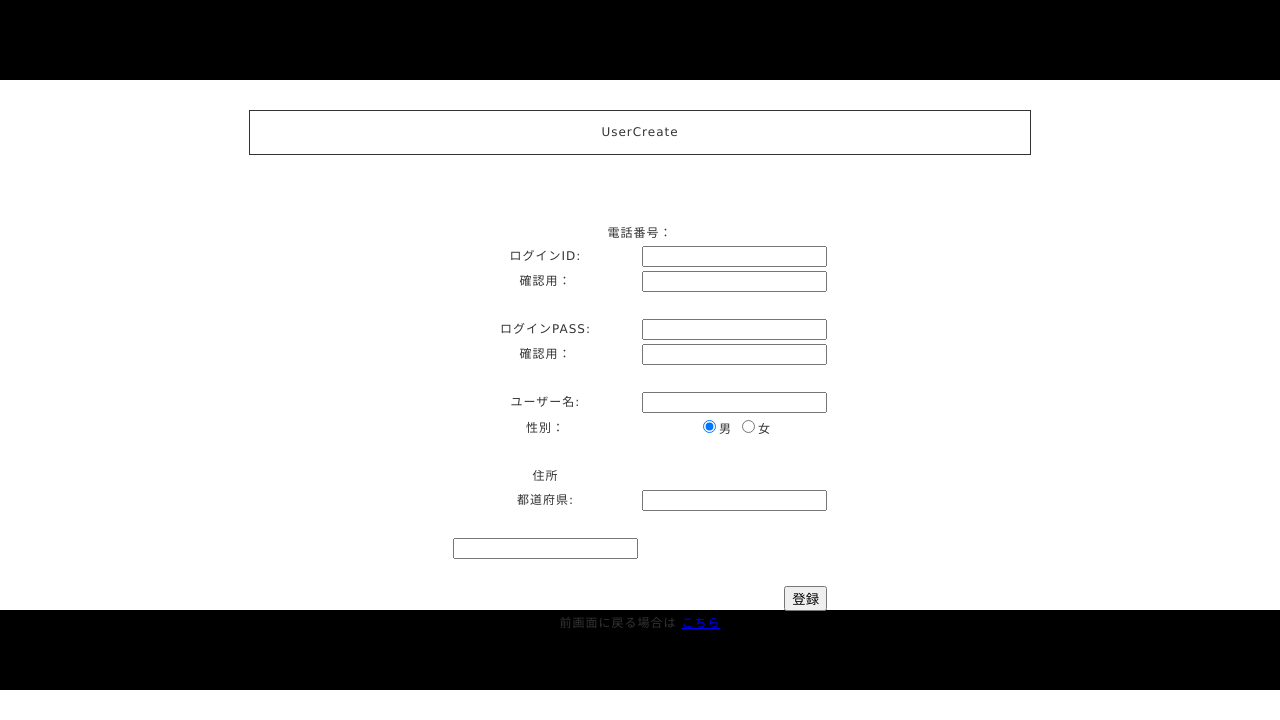
Repository: rt-1217/j2
Page: http://localhost/ecsite01/UserCreateAction.action
An editor plug-in stored every save of this project. The page is shown before and after the next save, followed by the edit.
The browser window is 1280 px wide. The pictures show the whole page.
The page is served by Tomcat 9. Other server files are loaded and not shown.

Above is the page before, as saved 2018-05-16 02:46:03.

### ecsite01/WebContent/userCreate.jsp
<%@ page language="java" contentType="text/html; charset=UTF-8"
    pageEncoding="UTF-8"%>
    <%@ taglib prefix="s" uri="/struts-tags" %>
<!DOCTYPE html PUBLIC "-//W3C//DTD HTML 4.01 Transitional//EN" "http://www.w3.org/TR/html4/loose.dtd">
<html>
<head>
<meta http-equiv="Content-Type" content="text/html; charset=UTF-8">
<meta http-equiv="Content-Type" content="text/html; charset=utf-8" />
<meta http-equiv="Content-Style-Type" content="text/css" />
<meta http-equiv="Content-Script-Type" content="text/javascript" />
<meta http-equiv="imagetoolbar" content="no" />
<meta name="description" content="" />
<meta name="keywords" content="" />
<title>UserCreate画面</title>
<style type="text/css">
/* ========TAG LAYOUT======== */
body {
margin:0;
padding:0;
line-height:1.6;
letter-spacing:1px;
font-family:Verdana, Helvetica, sans-serif;
font-size:12px;
color:#333;
background:#fff;
}
table {
text-align:center;
margin:0 auto;
}
/* ========ID LAYOUT======== */
#top {
width:780px;
margin:30px auto;
border:1px solid #333;
}
#header {
width: 100%;
height: 80px;
background-color: black;
}
#main {
width: 100%;
height: 500px;
text-align: center;
}
#footer {
width: 100%;
height: 80px;
background-color: black;
clear:both;
}
</style>
</head>

<body>
<div id="header">
<div id="pr">
</div></div>
<div id="main">
<div id="top">
<p>UserCreate</p>
</div>
<div>
<s:if test="errorMessage !=''">
<s:property value ="errorMessage" escape="false"/>
</s:if>
<table>
<s:form action ="UserCreateConfirmAction">
<tr>
<td>
<label>ログインID:</label>
</td>
<td>
<input type="text" name="loginUserId" value="" />
</td>
</tr>

<tr><td>
<label>確認用：</label>
</td>
<td>
<input type= "text" name="checkLoginId" value="" />
</td></tr>
<tr>
<td><br>
</td>
</tr>



<tr>
<td>
<label>ログインPASS:</label>
</td><td>
<input type="text" name="loginPassword" value=""/>
</td>
</tr>
<tr>
<td>

<label>確認用：</label>
</td>
<td>
<input type="text" name="checkPassword" value="" />
</td></tr>
<tr><td>
<br>
</td> </tr>
<tr><td>


<label>ユーザー名:</label>
</td>
<td>
<input type ="text" name="userName" value=""/>
</td>
</tr>

<tr><td>
<label>性別：</label>
</td>
<td>
<input type="radio" name="sex" value="男" checked="checked">男
<input type="radio" name="sex" value="女">女
</td>
</tr>
<tr><td>
<br>

</td></tr>
<tr><td>
<label>住所</label>
</td></tr>
<tr><td>
<label>都道府県:</label>
</td>
<td>
<input type="text" name="userAddress" value=""/>
</td></tr>
<tr><td>
<br>
</tr> </br>
<tr><br>
<label>電話番号：</label>
</td>
<td>
<input type="text" name="tell" value="" />
</td></tr>
<tr><td>
<br>
</td></tr>
<s:submit value="登録"/>
</s:form>



</table>

<div>
<span>前画面に戻る場合は</span>
<a href='<s:url action="HomeAction"/>'>こちら</a>


</div>

</div>




</div>
<div id="footer">
<div id="pr">
</div></div>

</body>
</html>

After the next save:
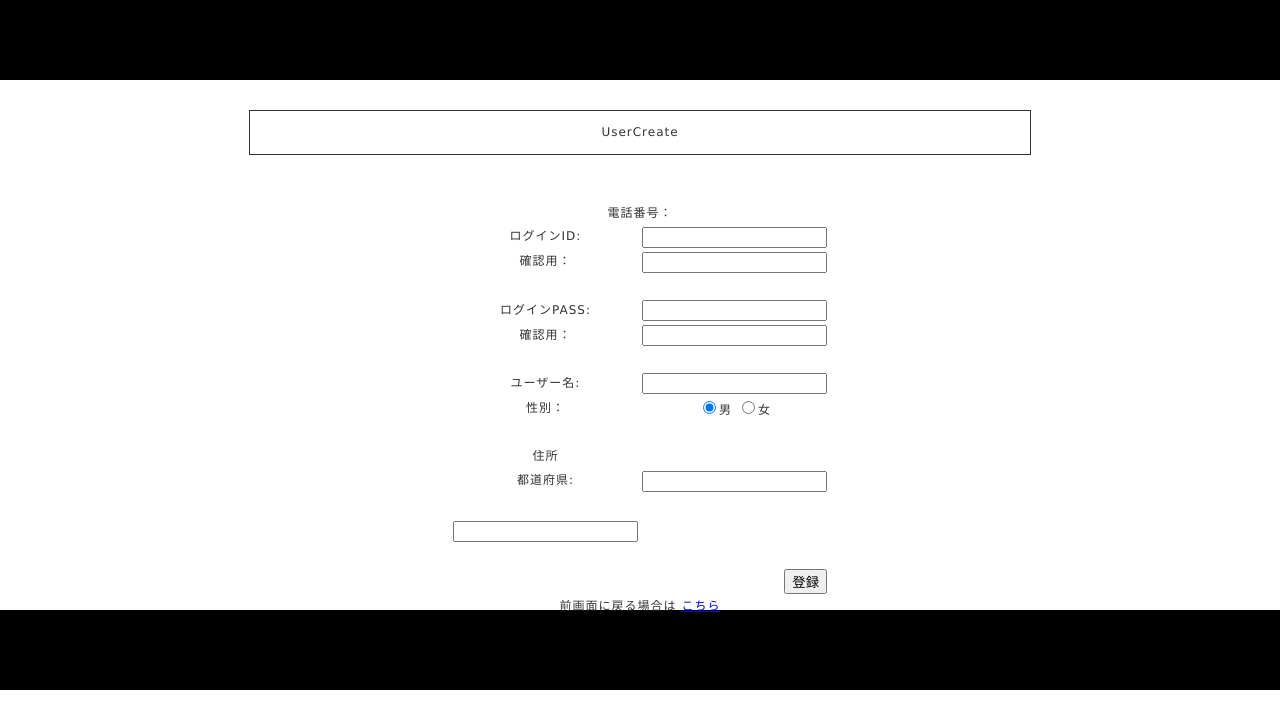
Saved 15 s later.
--- a/ecsite01/WebContent/userCreate.jsp
+++ b/ecsite01/WebContent/userCreate.jsp
@@ -141,7 +141,7 @@ clear:both;
 <tr><td>
 <br>
 </tr> </br>
-<tr><br>
+<tr><tr>
 <label>電話番号：</label>
 </td>
 <td>
